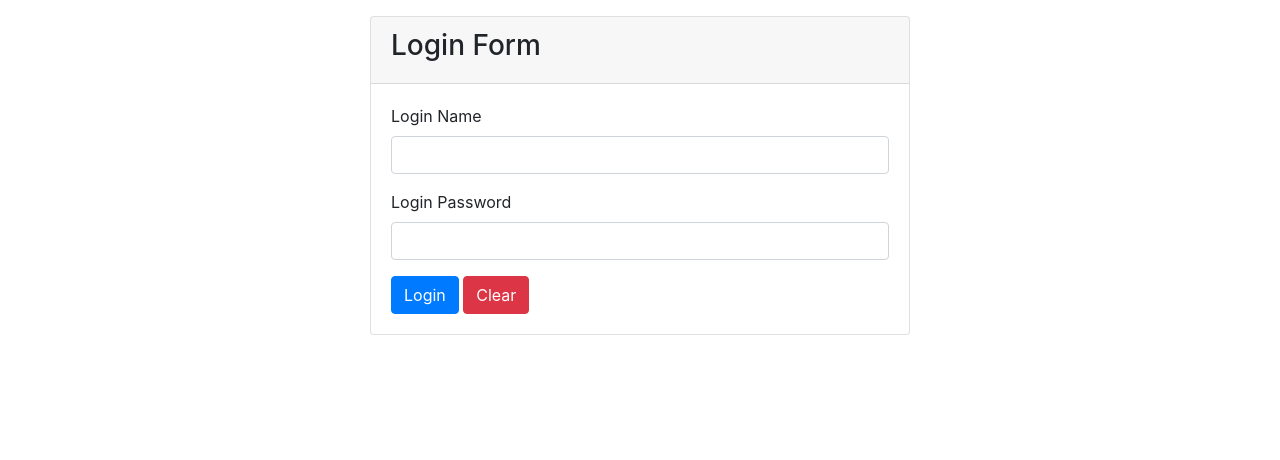
Repository: pyaephyotint22/Maven-Student-Course
Page: http://localhost/02-helloo-servlet/
These files come from the project's save history. The page is drawn as it stood at one moment and after the next save; the edit follows.
The browser window is 1280 px wide. The pictures show the whole page.
The page is served by Tomcat 9.

Above is the page before, as saved 2020-12-15 11:05:53.

After the next save:
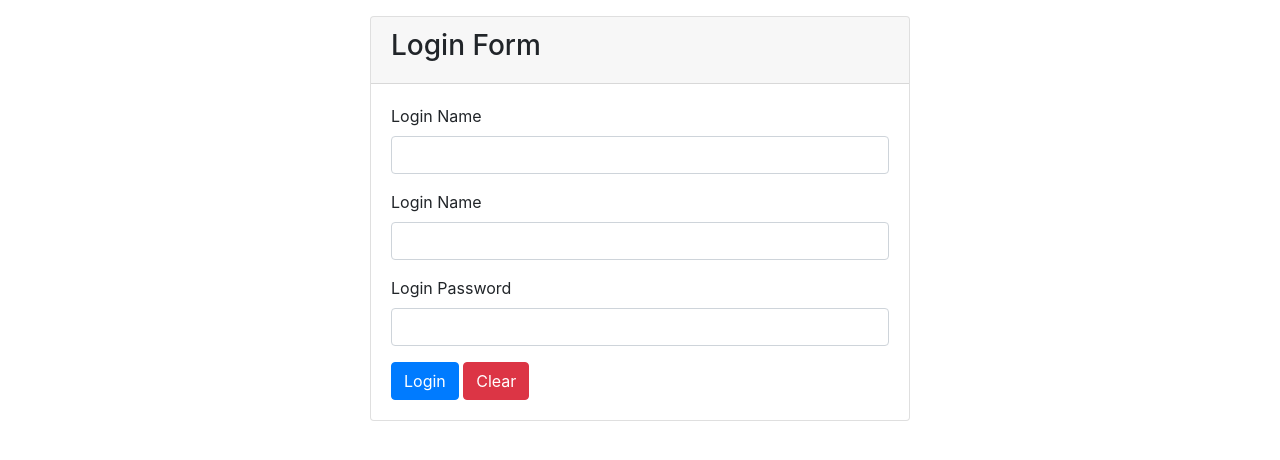
Saved 14 min 34 s later.
--- a/02-helloo-servlet/src/main/webapp/index.jsp
+++ b/02-helloo-servlet/src/main/webapp/index.jsp
@@ -25,6 +25,10 @@
 				<input type="text" name="uname" class="form-control"/>
 				</div>
 				<div class="form-group">
+				<label for="">Login Name</label>
+				<input type="text" name="uname" class="form-control"/>
+				</div>
+				<div class="form-group">
 				<label for="">Login Password</label>
 				<input type="password" name="upass" class="form-control"/>
 				</div>
